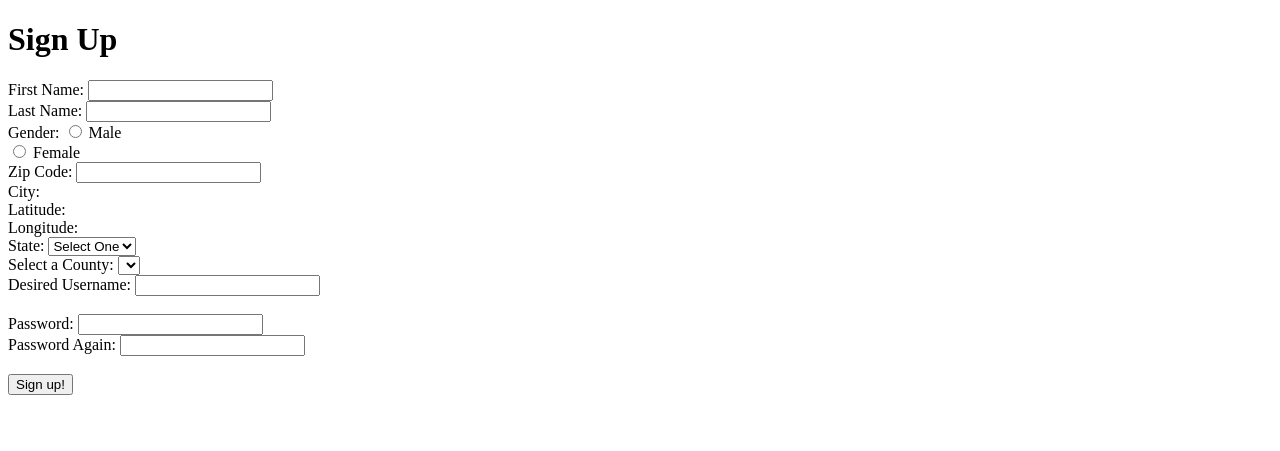
Repository: EricG831/egl1
Page: l2/index.html
The author's editor kept a record of every edit. The page is drawn from the files as they stood at one moment, then again after the next edit.
The browser window is 1280 px wide. The pictures show the whole page.

Above is the page before.

After the next edit:
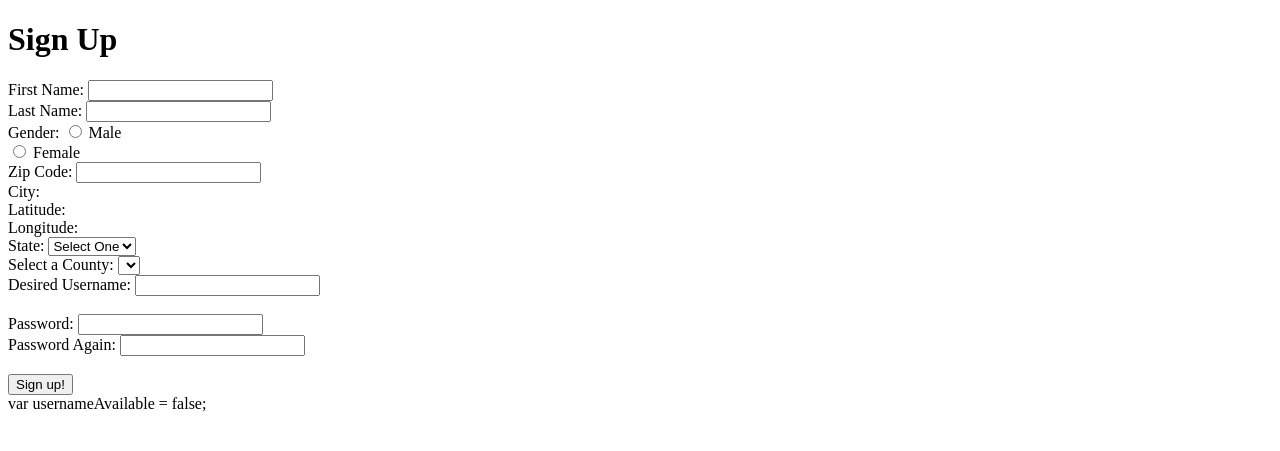
The edit:
--- a/l2/index.html
+++ b/l2/index.html
@@ -108,7 +108,27 @@
                }
 
             });//signupForm
+
+            function isFormValid(){
+              var isValid = true;
+              if (!usernameAvailable) {
+                  isValid = false;
+              }
+
+              if ($("#username").val().length == 0) {
+                  isValid = false;
+                  $("#usernameError").html("Username is required");
+              }
+
+             if ($("#password").val() != $("#passwordAgain").val()){
+                $("#passwordAgainError").html("Password Mismatch!");
+                isValid = false;
+              }
+              return isValid;
+           }
         </script>
+
+        var usernameAvailable = false;
 
     </body>
 

After the edit that followed:
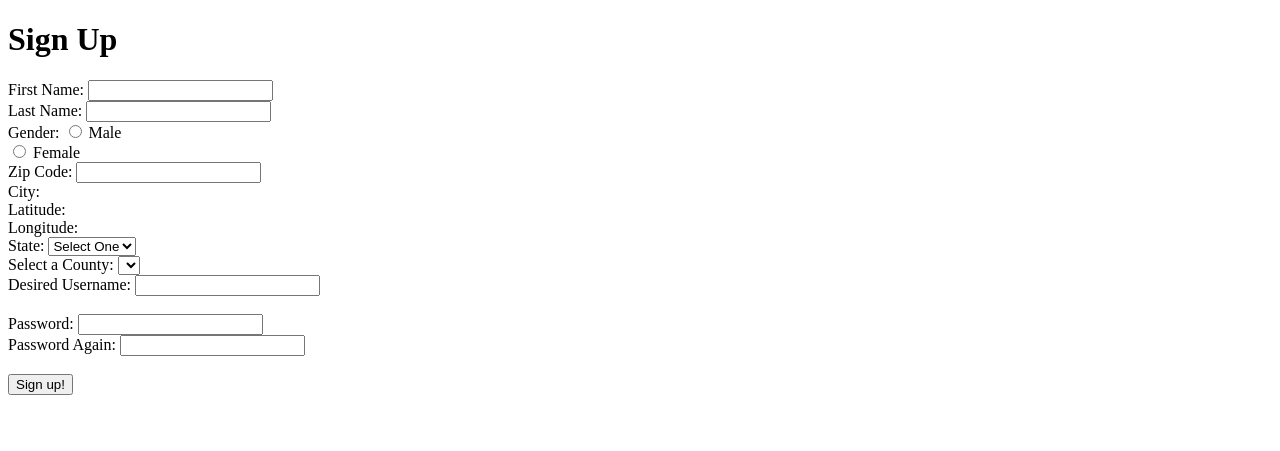
The edit:
--- a/l2/index.html
+++ b/l2/index.html
@@ -128,8 +128,6 @@
            }
         </script>
 
-        var usernameAvailable = false;
-
     </body>
 
 </html>
